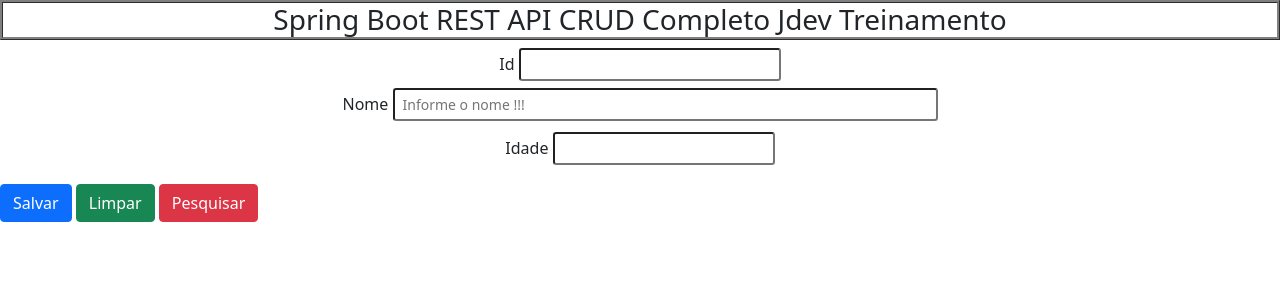
Repository: isaquelimaof/REST-API-SpringBoot
Page: springboot-rest-api-sample/src/main/resources/static/index.html
The author's editor kept a copy of each file at every save. The page is drawn from the files as they stood at one save, then again after the next save.
The browser window is 1280 px wide. The pictures show the whole page.

Above is the page before, as saved 2022-05-05 18:06:29.

### springboot-rest-api-sample/src/main/resources/static/index.html
<!DOCTYPE html>
<html lang="pt-br">
<head>
<meta charset="utf-8">
<meta name="viewport" content="width=device-width, initial-scale=1">
<link rel="stylesheet" type="text/css" href="css.css" media="screen" />
<!-- Bootstrap CSS -->
<link
	href="https://cdn.jsdelivr.net/npm/bootstrap@5.1.3/dist/css/bootstrap.min.css"
	rel="stylesheet"
	integrity="sha384-1BmE4kWBq78iYhFldvKuhfTAU6auU8tT94WrHftjDbrCEXSU1oBoqyl2QvZ6jIW3"
	crossorigin="anonymous">
<title>API REST FULL</title>
</head>
<body>
	<h3>Spring Boot REST API CRUD Completo Jdev Treinamento</h3>

	<form action="" id="formCadastroUser">

		<div class="mb-1">
			<label for="id" class="form-label">Id</label> <input type="text"
				class="form-control-sm" id="id" size="25px" readonly="readonly">
		</div>
		<div class="mb-2">
			<label for="nome" class="form-label">Nome</label> <input type="text"
				id="nome" class="form-control-sm" size="60px"
				placeholder="Informe o nome !!!">
		</div>
		<div class="mb-3">
			<label for="idade" class="form-label">Idade</label> <input
				type="number" class="form-control-sm" id="idade">
		</div>
	</form>

	<button type="button" class="btn btn-primary" onclick="salvarUsuario()">Salvar</button>
	<button type="button" class="btn btn-success"
		onclick="document.getElementById('formCadastroUser').reset()">Limpar</button>
	<button type="button" class="btn btn-danger" data-bs-toggle="modal"
		data-bs-target="#modalPesquisarUser" data-bs-whatever="@getbootstrap">Pesquisar</button>

	<div class="modal fade" id="modalPesquisarUser" tabindex="-1"
		aria-labelledby="exampleModalLabel" aria-hidden="true">
		<div class="modal-dialog">
			<div class="modal-content">
				<div class="modal-header">
					<h5 class="modal-title" id="exampleModalLabel">Pesquisar
						Usuário</h5>
					<button type="button" class="btn-close" data-bs-dismiss="modal"
						aria-label="Close"></button>
				</div>
				<div class="modal-body">
					<form>
						<div class="mb-3">
							<label for="nameBusca" class="col-form-label">Nome:</label>
							<input type="text" class="form-control" id="nameBusca">
						</div>

						<button type="button" class="btn btn-success">Pesquisar !</button>
						<!-- <div class="mb-3">
							<label for="message-text" class="col-form-label">Message:</label>
							<textarea class="form-control" id="message-text"></textarea>
						</div>  -->

					</form>

					<table class="table">
						<thead>
							<tr>
								<th scope="col">ID</th>
								<th scope="col">Nome</th>
								<th scope="col">Editar</th>
							</tr>
						</thead>
						<tbody>
							<tr>
								<th scope="row">1</th>
								<td>Mark</td>
								<td>Otto</td>
								<td>@mdo</td>
							</tr>
							<tr>
								<th scope="row">2</th>
								<td>Jacob</td>
								<td>Thornton</td>
								<td>@fat</td>
							</tr>

						</tbody>
					</table>

				</div>

				<!-- <div class="modal-footer">
						<button type="button" class="btn btn-primary">Send message</button>-->
				<button type="button" class="btn btn-danger" data-bs-dismiss="modal">Sair
					!</button>

			</div>
		</div>
	</div>
	</div>


	<script src="https://code.jquery.com/jquery-3.6.0.min.js"
		integrity="sha256-/xUj+3OJU5yExlq6GSYGSHk7tPXikynS7ogEvDej/m4="
		crossorigin="anonymous"></script>

	<!-- Option 1: Bootstrap Bundle with Popper -->
	<script
		src="https://cdn.jsdelivr.net/npm/bootstrap@5.1.3/dist/js/bootstrap.bundle.min.js"
		integrity="sha384-ka7Sk0Gln4gmtz2MlQnikT1wXgYsOg+OMhuP+IlRH9sENBO0LRn5q+8nbTov4+1p"
		crossorigin="anonymous"></script>


	<script type="text/javascript">
		function salvarUsuario() {
			//busca valores no campo
			var id = $("#id").val();
			var nome = $("#nome").val();
			var idade = $("#idade").val();

			//Trabalhando com Ajax - Sempre vai ser usado esse modelo para se comunicar com a API
			$.ajax({
				method : "POST",
				url : "salvar",
				data : JSON.stringify({
					id : id,
					nome : nome,
					idade : idade
				}),
				contentType : "application/json; charset=utf-8",
				success : function(response) {
					$("#id").val(response.id);
					alert("Salvo com Sucesso!");
				}
			}).fail(function(xhr, status, errorThrown) {
				alert("Erro ao salvar usuario !: " + xhr.responseText);
			});

		}
	</script>

</body>
</html>

### springboot-rest-api-sample/src/main/resources/static/css.css
@charset "utf-8";

h3 {
	text-align: center;

}
.mb-1{
	text-align: center;
}
.mb-2{
	text-align: center;
}
.mb-3{
	text-align: center;
}

.class .btn {
	text-align: center;
}
h3 {
	border-style: ridge;
	border-color: gray;
	}

After the next save:
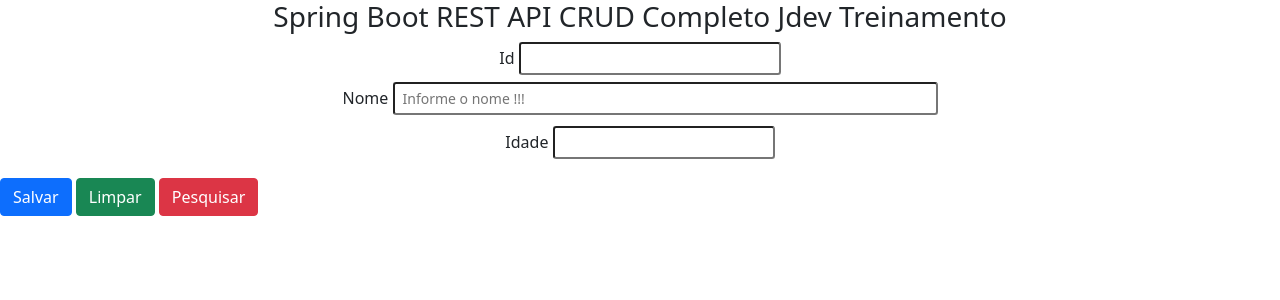
Saved 12 s later.
--- a/springboot-rest-api-sample/src/main/resources/static/css.css
+++ b/springboot-rest-api-sample/src/main/resources/static/css.css
@@ -17,7 +17,7 @@ h3 {
 .class .btn {
 	text-align: center;
 }
-h3 {
+button {
 	border-style: ridge;
 	border-color: gray;
 	}
